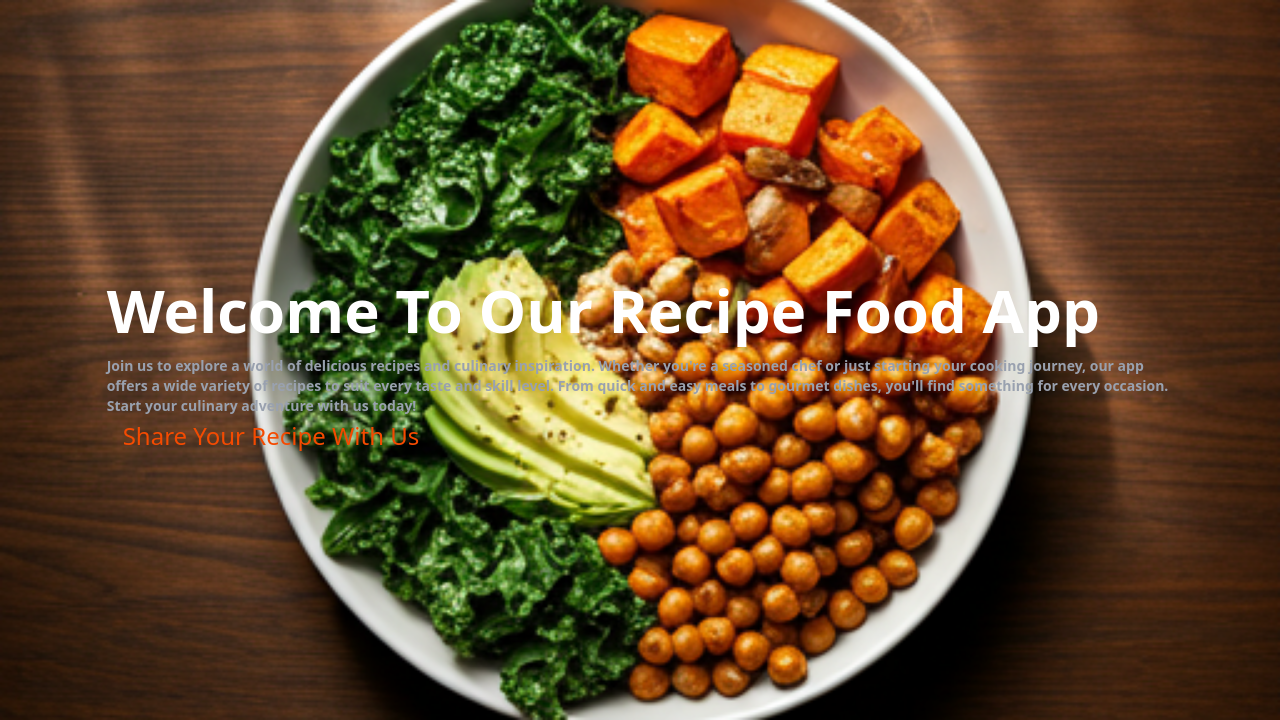
Repository: Eslam0Mohamed/mern-recipe-app
Page: / (app in FrontEnd/)
The author's editor kept a copy of each file at every save. The page is drawn from the files as they stood at one save, then again after a run of saves.
The browser window is 1280 px wide. The pictures show the whole page.
The project was rebuilt for these pictures with package versions that can differ from the ones it lists, and the page was loaded fresh each time. Also part of the build but not shown: FrontEnd/vite.config.js.

Above is the page before, as saved 2026-05-07 18:15:10.

After the next 2 saves:
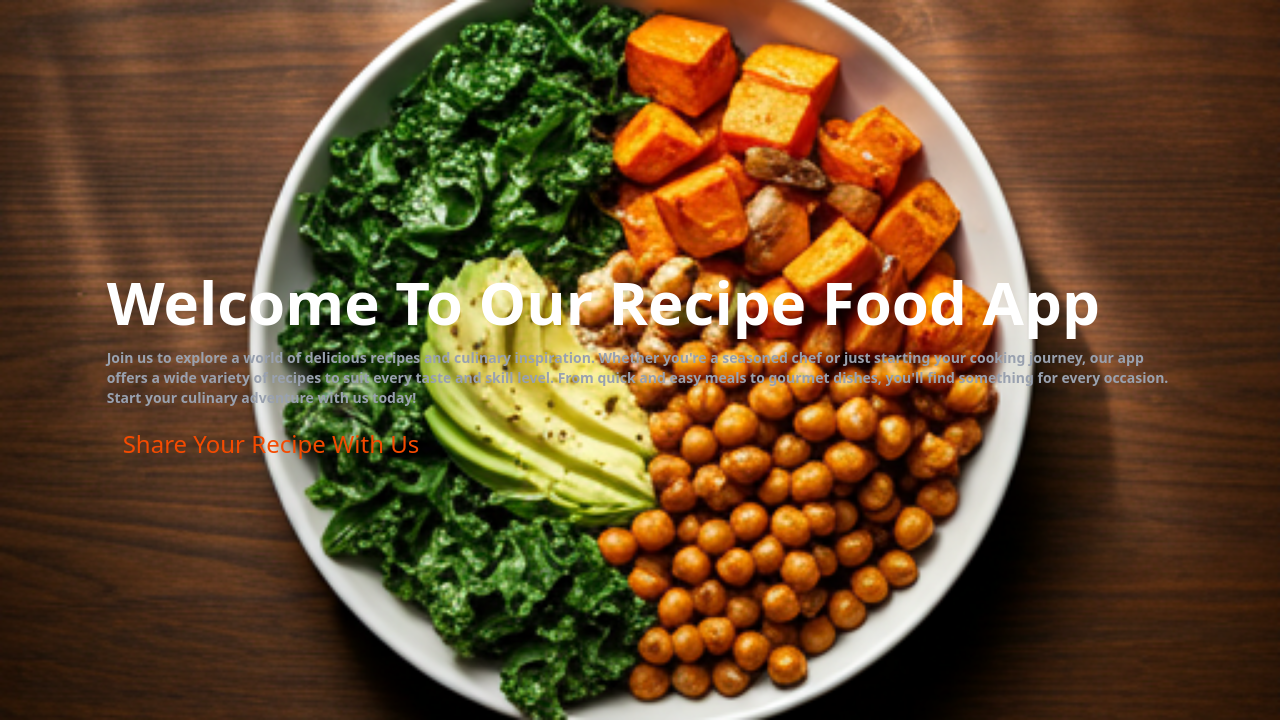
The 2 saves are shown as one change because they came seconds apart.
The last was saved 15 s later.
--- a/FrontEnd/src/pages/Home.jsx
+++ b/FrontEnd/src/pages/Home.jsx
@@ -5,7 +5,7 @@ function Home() {
     <section style={{backgroundImage:`url(${backgroundImage})`,}} className={`bg-cover bg-tertiary h-screen bg-center flex items-center justify-center`}>
       <div className='left container' >
         <h1 className='text-white text-6xl font-semibold my-4'>Welcome To Our Recipe Food App</h1>
-        <p className='text-md text-gray-400 font-semibold text-sm'> Join us to explore a world of delicious recipes and culinary inspiration. Whether you're a seasoned chef or just starting your cooking journey, our app offers a wide variety of recipes to suit every taste and skill level. From quick and easy meals to gourmet dishes, you'll find something for every occasion. Start your culinary adventure with us today!</p>
+        <p className='text-md text-gray-400 font-semibold text-sm my-4'> Join us to explore a world of delicious recipes and culinary inspiration. Whether you're a seasoned chef or just starting your cooking journey, our app offers a wide variety of recipes to suit every taste and skill level. From quick and easy meals to gourmet dishes, you'll find something for every occasion. Start your culinary adventure with us today!</p>
       <button className='outline-none px-4 py-1  text-2xl bg-tertiary text-orange-600 '>Share Your Recipe With Us</button>
       </div>
       {/* <div className='right'>
